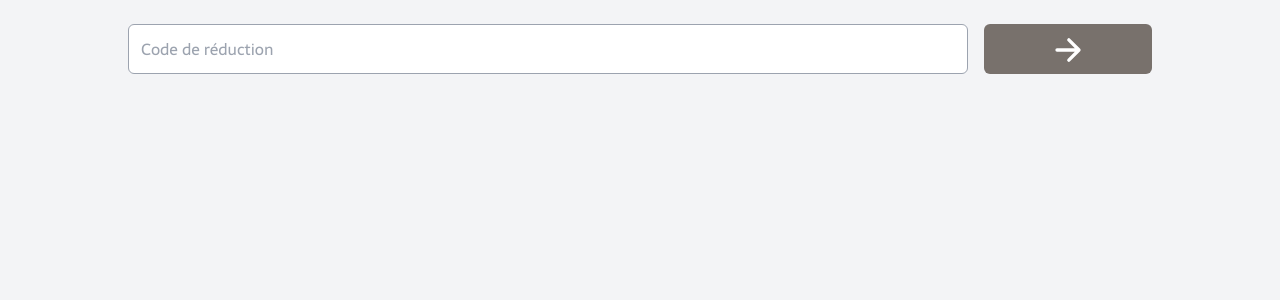
Repository: darlino/gotyu_shopify_section
Page: reduction_input210223/index.html
These files come from the project's save history. The page is drawn as it stood at one moment and after the next save; the edit follows.
The browser window is 1280 px wide. The pictures show the whole page.
Some web libraries are served in a nearby version.

Above is the page before, as saved 2023-02-21 22:07:39.

### reduction_input210223/index.html
<!DOCTYPE html>
<html lang="en">
  <head>
    <meta charset="UTF-8" />
    <meta http-equiv="X-UA-Compatible" content="IE=edge" />
    <meta name="viewport" content="width=device-width, initial-scale=1.0" />
    <title>Document</title>
    <link rel="preconnect" href="https://fonts.googleapis.com" />
    <link rel="preconnect" href="https://fonts.gstatic.com" crossorigin />
    <link
      href="https://fonts.googleapis.com/css2?family=Sarala&display=swap"
      rel="stylesheet"
    />
    <link rel="stylesheet" href="style.css" />
    <script src="https://cdn.tailwindcss.com"></script>
    <script
      type="module"
      src="https://unpkg.com/ionicons@5.5.2/dist/ionicons/ionicons.esm.js"
    ></script>
    <script
      nomodule
      src="https://unpkg.com/ionicons@5.5.2/dist/ionicons/ionicons.js"
    ></script>
  </head>
  <body>
    <section id="reduction210223">
      <div class="max-w-[1300px] h-screen flex flex-col mx-auto bg-gray-100">
        <div class="flex flex-col md:px-32 px-8 py-6 mx-auto w-full">
          <div class="flex flex-row justify-between space-x-4">
            <input
              type="text"
              class="px-3 w-5/6 py-2 border outline-none border-1 border-gray-400 bg-white rounded-md"
              placeholder="Code de réduction"
            />
            <button
              type="text"
              class="px-2 w-1/6 py-1 bg-stone-500 rounded-md text-center"
            >
              <ion-icon
                name="arrow-forward-outline"
                class="text-4xl bg-none text-white relative top-1"
              ></ion-icon>
            </button>
          </div>
        </div>
      </div>
    </section>
  </body>
</html>

### reduction_input210223/style.css
* {
  margin: 0;
  padding: 0;
  font-family: "Sarala", sans-serif;
}
#reduction {
  width: 100%;
  height: 100%;
}

After the next save:
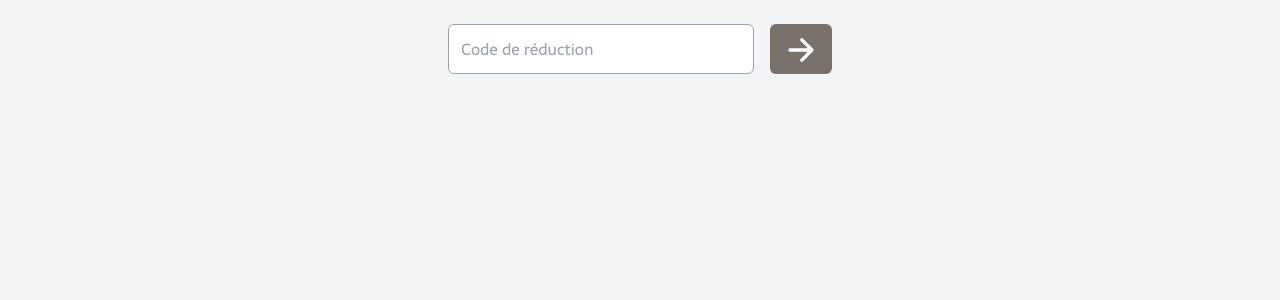
Saved 9 s later.
--- a/reduction_input210223/index.html
+++ b/reduction_input210223/index.html
@@ -25,7 +25,7 @@
   <body>
     <section id="reduction210223">
       <div class="max-w-[1300px] h-screen flex flex-col mx-auto bg-gray-100">
-        <div class="flex flex-col md:px-32 px-8 py-6 mx-auto w-full">
+        <div class="flex flex-col md:px-32 px-8 py-6 mx-auto md:w-1/2 w-full">
           <div class="flex flex-row justify-between space-x-4">
             <input
               type="text"
